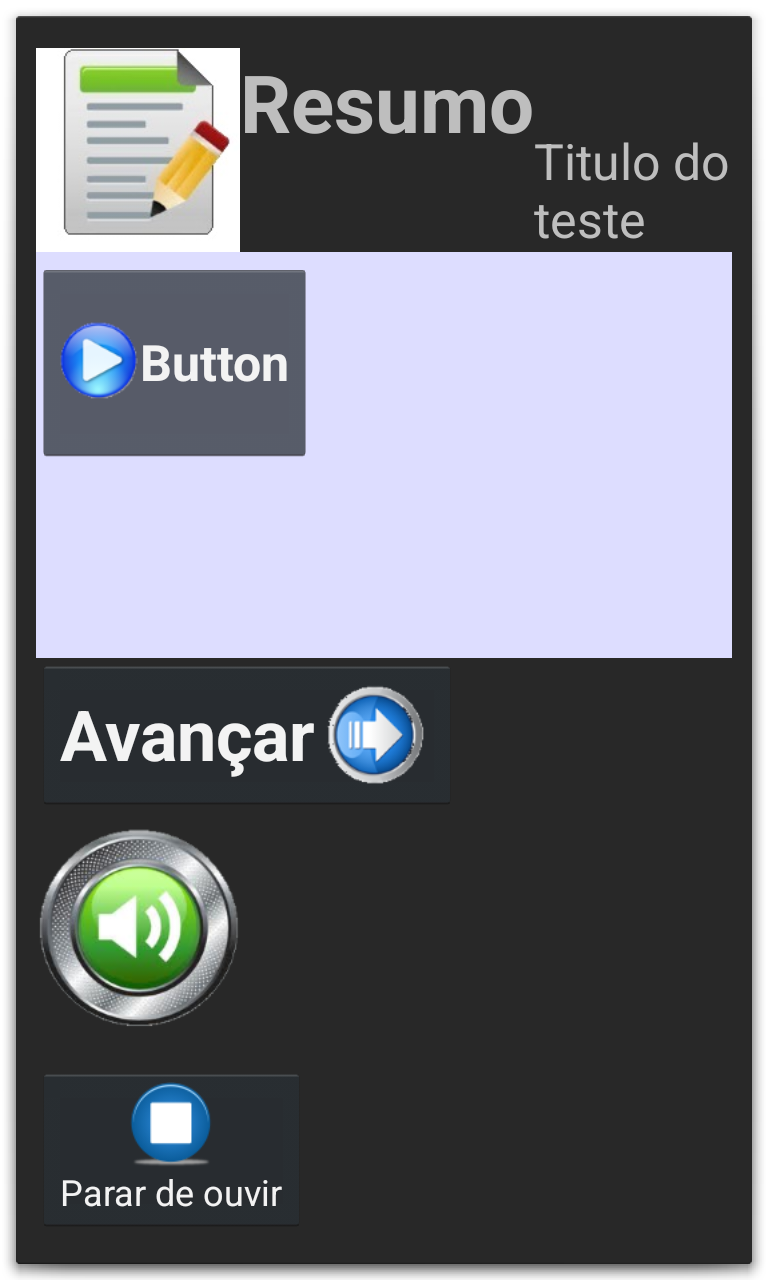
Repository: iptomar/letrinhas_documentacao
Layout: Letrinhas/APP/Prototipos/Letrinhas05/res/layout/resumo_submissoes.xml
The author's editor kept a copy of each file at every save. The layout is drawn from the files as they stood at one save, then again after the next save.
It is drawn on a 768 x 1280 px phone screen (xhdpi) without system bars, with theme android:Theme.Holo.Dialog.NoActionBar; the app's code is not run.

Above is the layout before, as saved 2014-05-21 19:55:34.

After the next save:
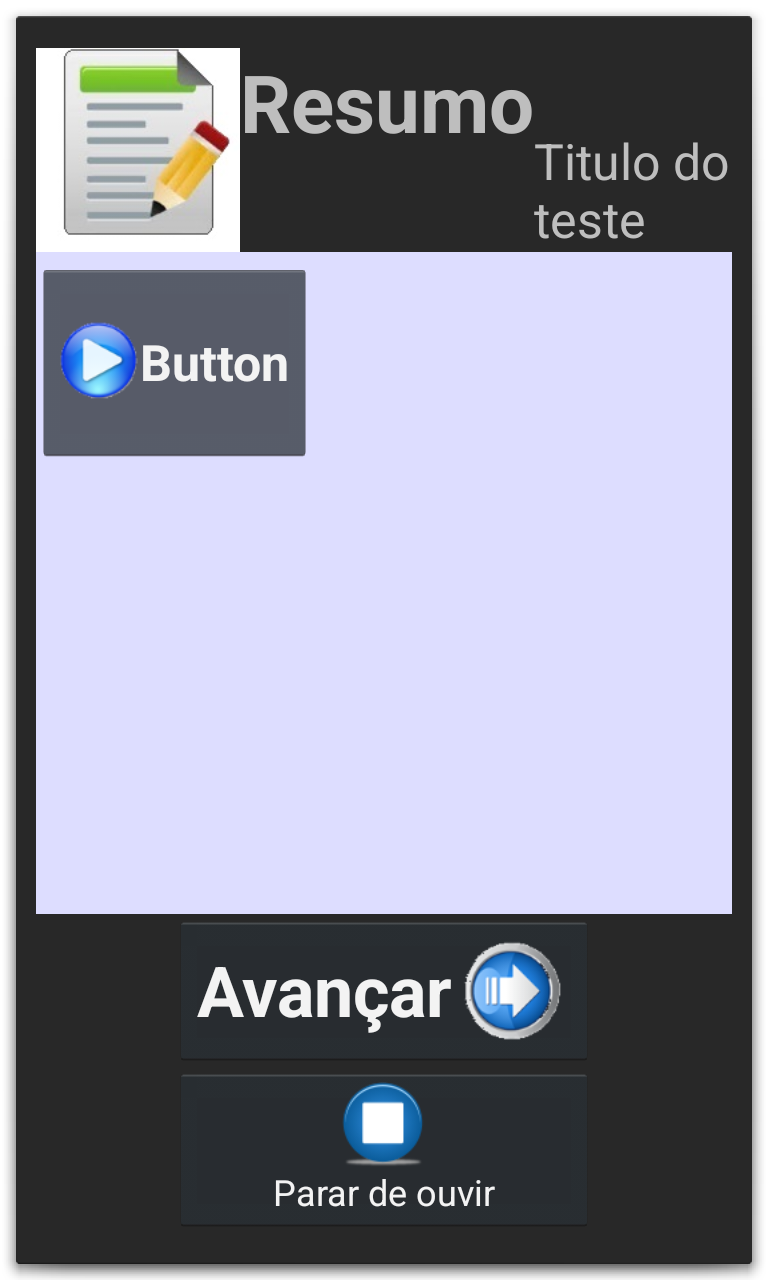
Saved 3 s later.
--- a/Letrinhas/APP/Prototipos/Letrinhas05/res/layout/resumo_submissoes.xml
+++ b/Letrinhas/APP/Prototipos/Letrinhas05/res/layout/resumo_submissoes.xml
@@ -62,29 +62,20 @@
         android:id="@+id/rsAvancar"
         android:layout_width="wrap_content"
         android:layout_height="wrap_content"
-        android:layout_alignLeft="@+id/svResumo"
-        android:layout_alignParentBottom="true"
-        android:layout_marginBottom="211dp"
+        android:layout_above="@+id/resBtnParar"
+        android:layout_centerHorizontal="true"
         android:drawableRight="@drawable/right"
         android:text="@string/avancar"
         android:textSize="35sp"
         android:textStyle="bold" />
 
-    <ImageView
-        android:id="@+id/resOuvir"
-        android:layout_width="wrap_content"
-        android:layout_height="wrap_content"
-        android:layout_above="@+id/resBtnParar"
-        android:layout_alignLeft="@+id/svResumo"
-        android:contentDescription="@string/resumo"
-        android:src="@drawable/listening" />
-
     <Button
         android:id="@+id/resBtnParar"
         android:layout_width="wrap_content"
         android:layout_height="wrap_content"
+        android:layout_alignLeft="@+id/rsAvancar"
         android:layout_alignParentBottom="true"
-        android:layout_alignParentLeft="true"
+        android:layout_alignRight="@+id/rsAvancar"
         android:drawableTop="@drawable/stopaudio"
         android:text="@string/pararRep" />
 
